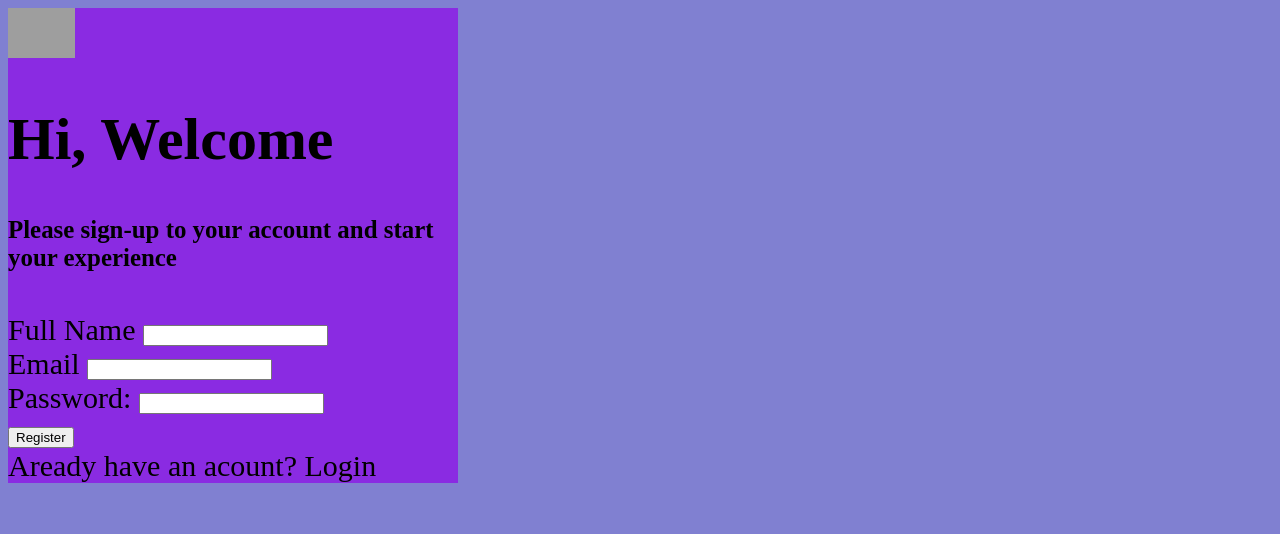
Repository: KingBoyMaylow/movie-task
Page: index.html
These files come from the project's save history. The page is drawn as it stood at one moment and after a run of saves; the edit follows.
The browser window is 1280 px wide. The pictures show the whole page.
Pictures or frames that could not be fetched are drawn as grey boxes.

Above is the page before, as saved 2024-05-18 17:10:53.

### index.html
<!DOCTYPE html>
<html>
<head>
    <link rel="stylesheet" href="html.css">
  <title>document</title>
</head>
<body>
    <div class="sign-up-div">
        <img src="download.png" alt="div">
        <h1>Hi, Welcome</h1>
  <h5>Please sign-up to your account and start your experience</h5>

  <form action="signup.php" method="post">
    <label for="Full Name">Full Name</label>
    <input type="text" id="Full Name" name="Full Name" required><br>

    <label for="Email1">Email</label>
    <input type="text" id="Email1" name ="Email1" required><br>

    <label for="password">Password:</label>
    <input type="password" id="password" name="password" required><br>

    <input type="submit" value="Register">
  </form>
  <span>Aready have an acount?</span> <span>Login</span>
    </div>

</form>
</body>
</html>

### html.css
body{
    background-color:  rgb(128, 128, 209);
}
.sign-up-div{
    font-size: 30px;
    background-color: blueviolet;
    width: 450px;
    ma
}
img{
    height: 50px;
    cursor: pointer;
}

After the next 2 saves:
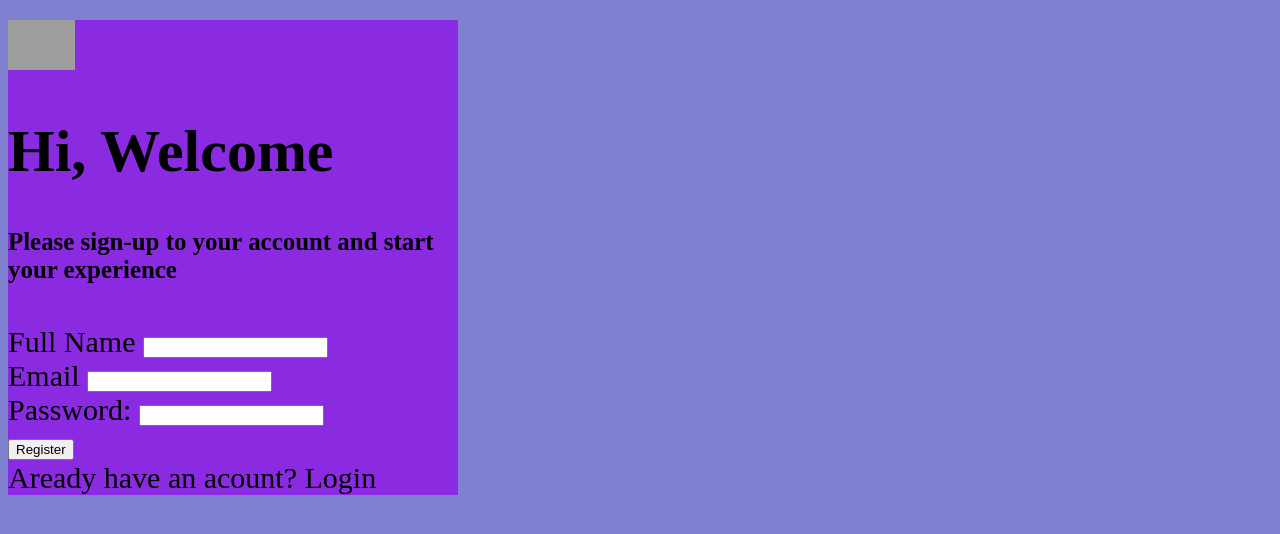
The 2 saves are shown as one change because they came seconds apart.
The last was saved 7 s later.
--- a/html.css
+++ b/html.css
@@ -5,7 +5,7 @@ body{
     font-size: 30px;
     background-color: blueviolet;
     width: 450px;
-    ma
+    margin-top: 20px;
 }
 img{
     height: 50px;
